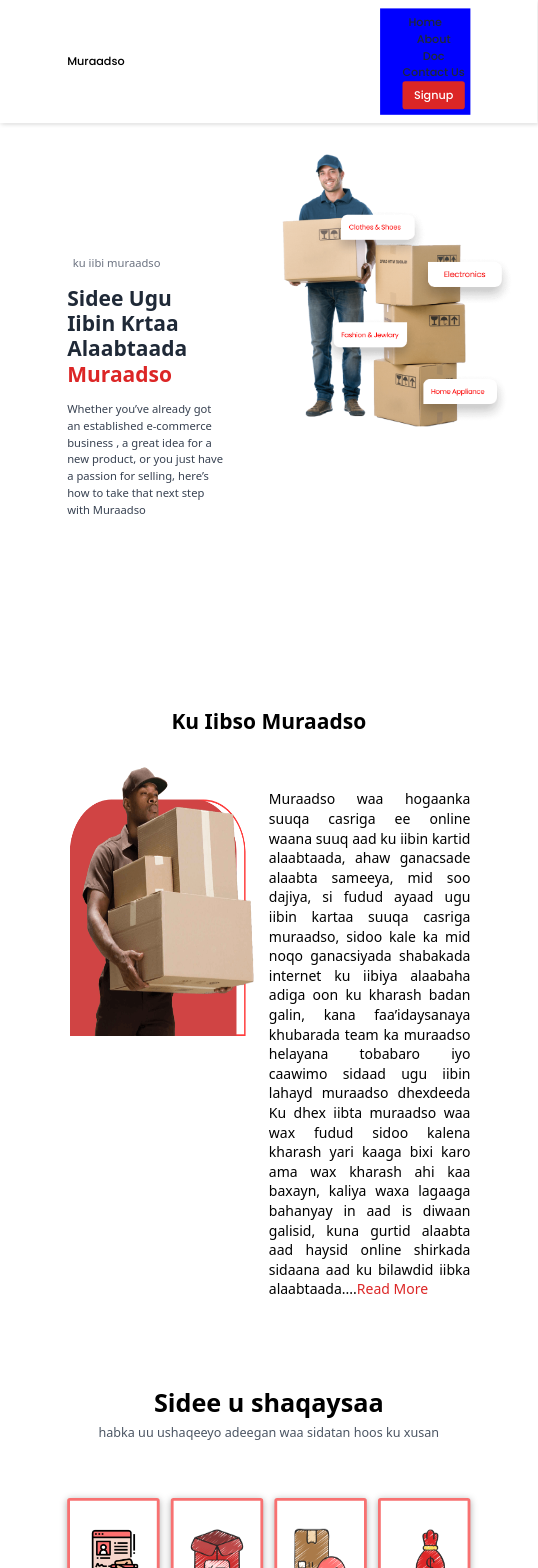
Repository: muraadso/Muraadso-Sellers
Page: /
An editor plug-in stored every save of this project. The page is shown before and after the next save, followed by the edit.
The browser window is 768 px wide. The pictures show the part of the page from y = 0 to 2240 px (the page is 8912 px tall), at 70% of full size.
The project was rebuilt for these pictures with package versions that can differ from the ones it lists, and the page was loaded fresh each time. The framework's server and built-in components were replaced by stand-ins that run in the browser. Also part of the build but not shown: next.config.js.

Above is the page before, as saved 2021-12-12 17:05:23.

After the next save:
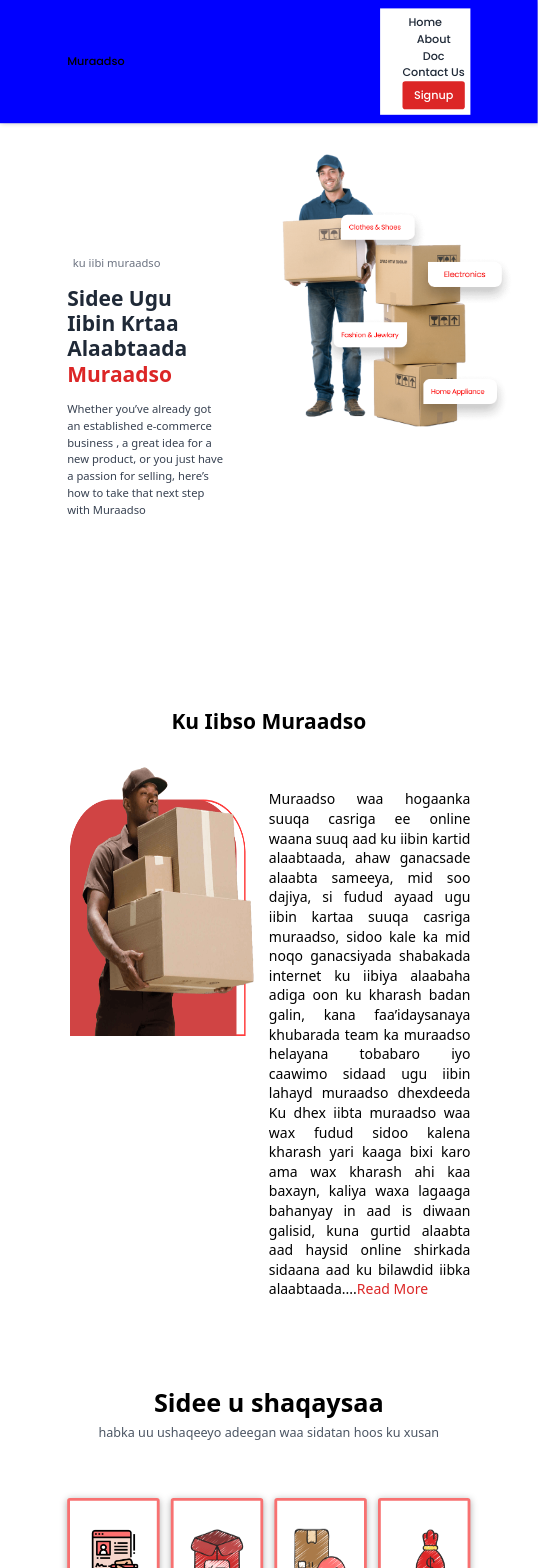
Saved 16 s later.
--- a/styles/globals.css
+++ b/styles/globals.css
@@ -56,7 +56,7 @@ a {
 
   @media screen and (min-width: 768px) and (max-width: 770px) {
 
-    .nav{
+    .navvv{
       background-color: blue !important;
     }
 
